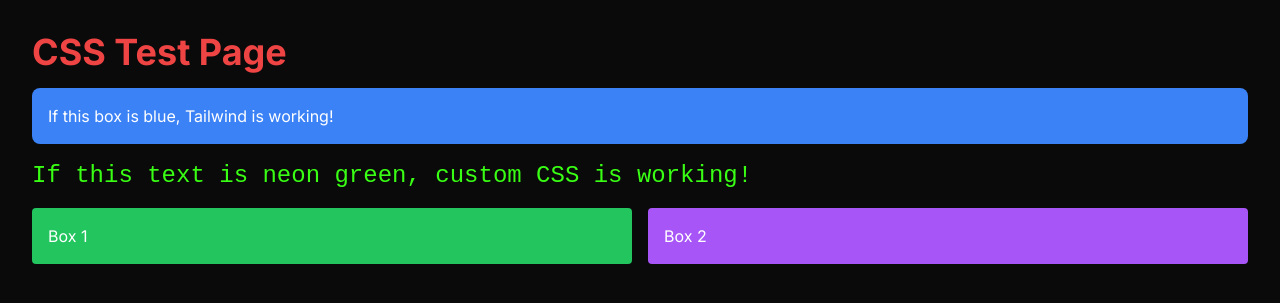
Repository: b0ase/vexvoid.com-website
Page: /
The author's editor kept a copy of each file at every save. The page is drawn from the files as they stood at one save, then again after the next save.
The browser window is 1280 px wide. The pictures show the whole page.
The project was rebuilt for these pictures with package versions that can differ from the ones it lists, and the page was loaded fresh each time. The framework's server and built-in components were replaced by stand-ins that run in the browser. Also part of the build but not shown: next.config.js.

Above is the page before, as saved 2025-06-15 22:42:56.

### src/app/layout.tsx
import type { Metadata } from 'next'
import { Inter, JetBrains_Mono } from 'next/font/google'
import './globals.css'

const inter = Inter({ subsets: ['latin'], variable: '--font-inter' })
const jetbrainsMono = JetBrains_Mono({ subsets: ['latin'], variable: '--font-jetbrains-mono' })

export const metadata: Metadata = {
  title: 'V3XV0ID - Digital Musician & Hacker',
  description: 'Personal website of V3XV0ID - Digital musician, hacker, and creative technologist',
}

export default function RootLayout({
  children,
}: {
  children: React.ReactNode
}) {
  return (
    <html lang="en">
      <body className={`${inter.variable} ${jetbrainsMono.variable} font-sans bg-dark-bg text-white`}>
        {children}
      </body>
    </html>
  )
}

### src/app/page.tsx
// import Hero from './components/Hero'
// import ConceptArtGallery from './components/ConceptArtGallery'

export default function Home() {
  return (
    <main className="min-h-screen p-8">
      <h1 className="text-4xl font-bold text-red-500 mb-4">
        CSS Test Page
      </h1>
      <div className="bg-blue-500 p-4 rounded-lg mb-4">
        <p className="text-white">If this box is blue, Tailwind is working!</p>
      </div>
      <div className="test-neon text-2xl mb-4">
        If this text is neon green, custom CSS is working!
      </div>
      <div className="grid grid-cols-2 gap-4">
        <div className="bg-green-500 p-4 text-white rounded">Box 1</div>
        <div className="bg-purple-500 p-4 text-white rounded">Box 2</div>
      </div>
    </main>
  )
}

### src/app/globals.css
@tailwind base;
@tailwind components;
@tailwind utilities;

/* Custom CSS for testing */
body {
  background-color: #0A0A0A;
  color: white;
}

.test-neon {
  color: #39FF14;
  font-family: monospace;
}

@layer components {
  .neon-text {
    @apply text-neon-green animate-glow;
  }

  .neon-border {
    @apply border-2 border-neon-green shadow-[0_0_10px_#39FF14];
  }

  .nav-link {
    @apply text-white hover:text-neon-green transition-colors duration-300;
  }
}

### tailwind.config.js
/** @type {import('tailwindcss').Config} */
module.exports = {
  content: [
    './src/pages/**/*.{js,ts,jsx,tsx,mdx}',
    './src/components/**/*.{js,ts,jsx,tsx,mdx}',
    './src/app/**/*.{js,ts,jsx,tsx,mdx}',
  ],
  theme: {
    extend: {
      colors: {
        'neon-green': '#39FF14',
        'neon-blue': '#00FFFF',
        'neon-purple': '#FF00FF',
        'dark-bg': '#0A0A0A',
        'darker-bg': '#050505',
      },
      fontFamily: {
        mono: ['JetBrains Mono', 'monospace'],
        sans: ['Inter', 'sans-serif'],
      },
      animation: {
        'glow': 'glow 2s ease-in-out infinite alternate',
      },
      keyframes: {
        glow: {
          '0%': { textShadow: '0 0 10px #39FF14' },
          '100%': { textShadow: '0 0 20px #39FF14, 0 0 30px #39FF14' },
        },
      },
    },
  },
  plugins: [],
}

After the next save:
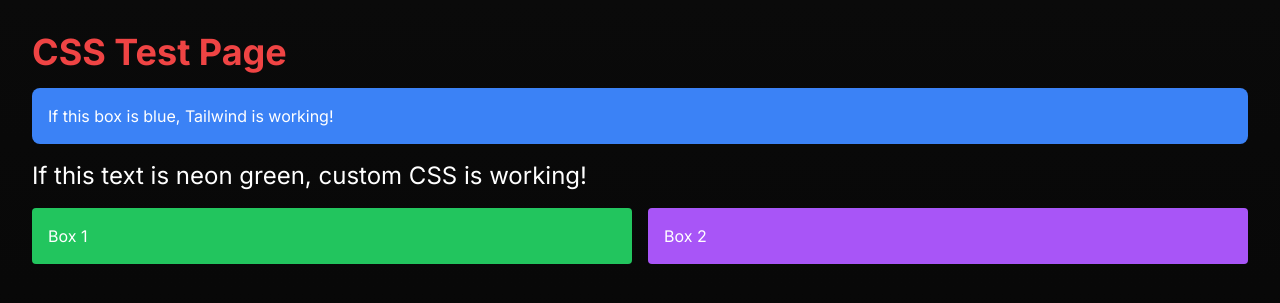
Saved 6 min 21 s later.
--- a/src/app/globals.css
+++ b/src/app/globals.css
@@ -2,15 +2,20 @@
 @tailwind components;
 @tailwind utilities;
 
-/* Custom CSS for testing */
-body {
-  background-color: #0A0A0A;
-  color: white;
+:root {
+  --foreground-rgb: 255, 255, 255;
+  --background-start-rgb: 10, 10, 10;
+  --background-end-rgb: 5, 5, 5;
 }
 
-.test-neon {
-  color: #39FF14;
-  font-family: monospace;
+body {
+  color: rgb(var(--foreground-rgb));
+  background: linear-gradient(
+    to bottom,
+    rgb(var(--background-start-rgb)),
+    rgb(var(--background-end-rgb))
+  );
+  min-height: 100vh;
 }
 
 @layer components {
